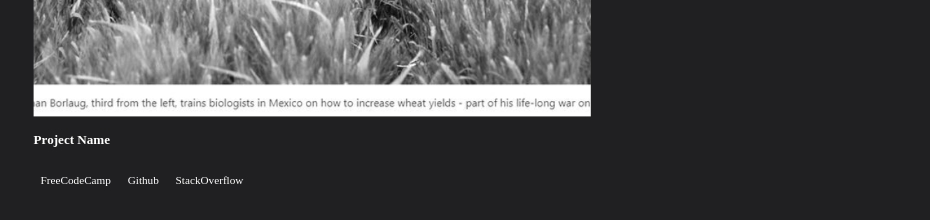
Repository: justicebhekani88/microverse_portfolio_project
Page: index.html
These files come from the project's save history. The page is drawn as it stood at one moment and after the next save; the edit follows.
The browser window is 1280 px wide. The page is 1328 px wide, so the pictures cover 1328 px, including what lies to the right of the window. The pictures show the part of the page from y = 1786 to 3626 px (the page is 2100 px tall before and 3850 px after), at 70% of full size.

Above is the page before, as saved 2022-07-21 15:16:22.

### index.html
<!DOCTYPE html>
<html lang="en">

<head>
    <meta charset="UTF-8">
    <meta http-equiv="X-UA-Compatible" content="IE=edge">
    <meta name="viewport" content="width=device-width, initial-scale=1.0">
    <link rel="stylesheet" href="style.css">
    <title>Portfolio Project</title>
</head>

<body>
    <nav id="navbar">
        <ul id="nav-list">
            <li><a href="#welcome-section">About</a></li>
            <li><a href="#projects">Work</a></li>
            <li><a href="#contact">Contact</a></li>
        </ul>
    </nav>
    <div id="main">
        <section id="welcome-section">
            <div id="welcome-text">
                <h1>Hi, It's Justice and Didier</h1>
                <h2>We are developers</h2>
            </div>
        </section>
        <section id="projects">
            <h1>This is the Work Section</h1>
            <div class="project-tile">
            <a href="">
                <div>
                    <img src="project.png" alt="Project Image">
                    <h3>Project Name</h3>
                </div>
            </a>
        </div>
        </section>
        <section>
            <a href="#" id="profile-link" target="_blank">FreeCodeCamp</a>
            <a href="#" id="profile-link" target="_blank">Github</a>
            <a href="#" id="profile-link" target="_blank">StackOverflow</a>
        </section>
    </div>

</body>

</html>

### style.css
body {
    background-color: #202022;
}

nav {
    color: white;
    display: flex;
    justify-content: flex-end;
    position: fixed;
    top: 0;
    left: 0;
    width: 100%;
    background: #BE3043;
}

#nav-list {
    display: flex;
}

li,
a {
    list-style: none;
    color: white;
    padding: 10px;
    text-decoration: none;
}

#main {
    padding-left: 70px;
}

#welcome-section {
    width: 100vw;
    height: 100vh;
}

h1 {
    color: white;
    font-size: 2rem;
}

h2 {
    color: #BE3043;
    font-size: 1.5rem;
}

#welcome-text {
    margin: 300px 30%;
    text-align: center;
}

@media only screen and (min-width: 600px) {
    #main {
        padding: 10px;
    }
}

@media only screen and (min-width: 1280px) {
    #main {
        padding: 40px;
    }
    nav {
        font-size: larger;
    }
}

After the next save:
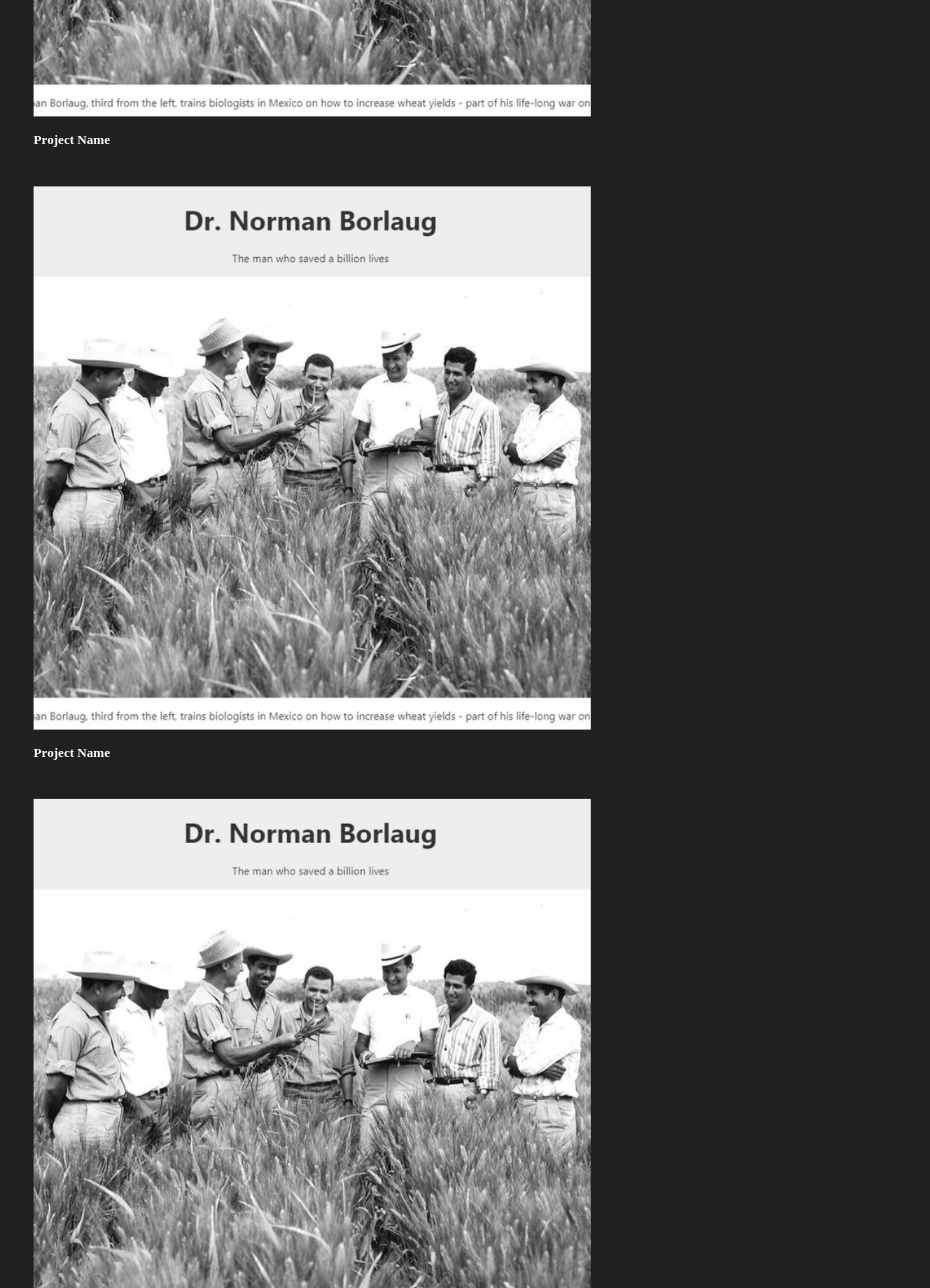
Saved 30 s later.
--- a/index.html
+++ b/index.html
@@ -27,13 +27,29 @@
         <section id="projects">
             <h1>This is the Work Section</h1>
             <div class="project-tile">
-            <a href="">
-                <div>
-                    <img src="project.png" alt="Project Image">
-                    <h3>Project Name</h3>
-                </div>
-            </a>
-        </div>
+                <a href="">
+                    <div>
+                        <img src="project.png" alt="Project Image">
+                        <h3>Project Name</h3>
+                    </div>
+                </a>
+            </div>
+            <div class="project-tile">
+                <a href="">
+                    <div>
+                        <img src="project.png" alt="Project Image">
+                        <h3>Project Name</h3>
+                    </div>
+                </a>
+            </div>
+            <div class="project-tile">
+                <a href="">
+                    <div>
+                        <img src="project.png" alt="Project Image">
+                        <h3>Project Name</h3>
+                    </div>
+                </a>
+            </div>
         </section>
         <section>
             <a href="#" id="profile-link" target="_blank">FreeCodeCamp</a>
